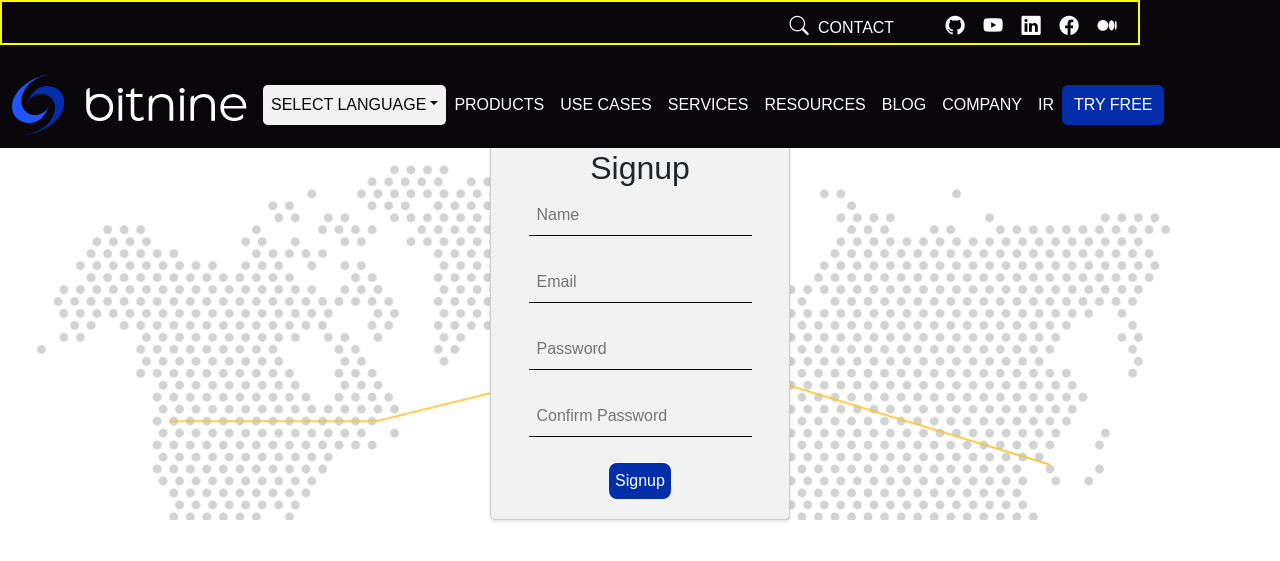
Repository: devblackie/signinpage
Page: /
These files come from the project's save history. The page is drawn as it stood at one moment and after the next save; the edit follows.
The browser window is 1280 px wide. The pictures show the whole page.
Some web fonts or font styles are not loaded; a fallback is used. The project was rebuilt for these pictures with package versions that can differ from the ones it lists, and the page was loaded fresh each time. Also part of the build but not shown: vite.config.js, src/components/Login.jsx, src/components/Dashboard.jsx, src/components/Home.jsx, src/components/ProtectedDashboard.jsx.

Above is the page before, as saved 2023-08-28 17:42:41.

After the next save:
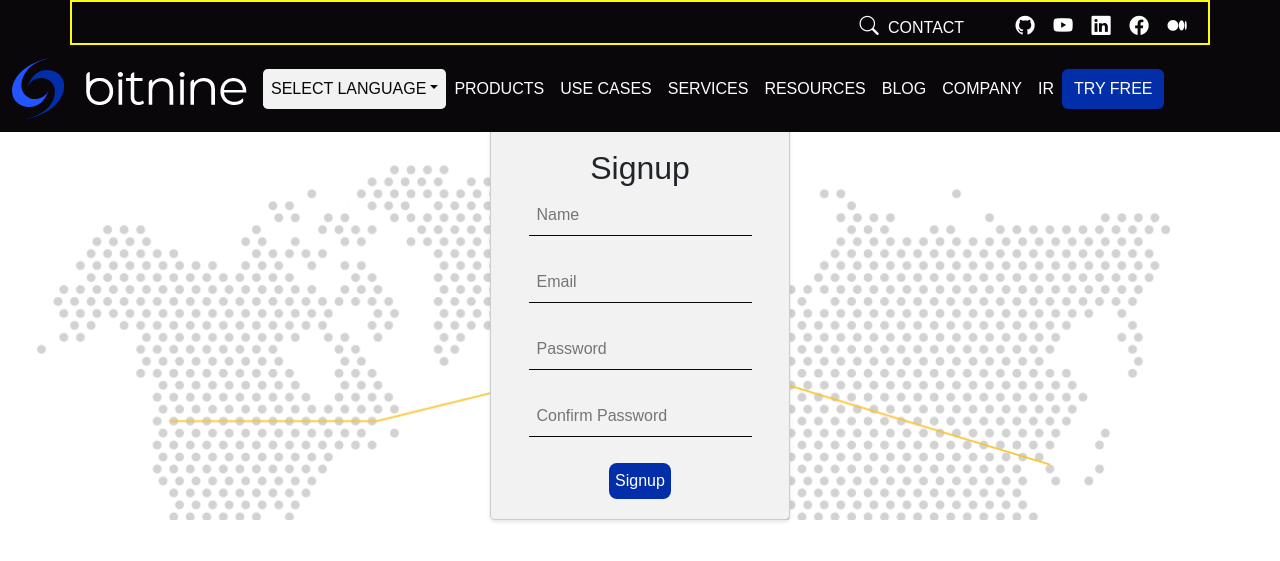
Saved 23 s later.
--- a/src/components/style/navbar.css
+++ b/src/components/style/navbar.css
@@ -19,7 +19,7 @@
 }
 .topbar .container {
   border: 2px solid yellow;
-  margin: 0 0 1rem 0;
+  /* margin: 0 0 1rem 0; */
 
 }
 

After the save that followed:
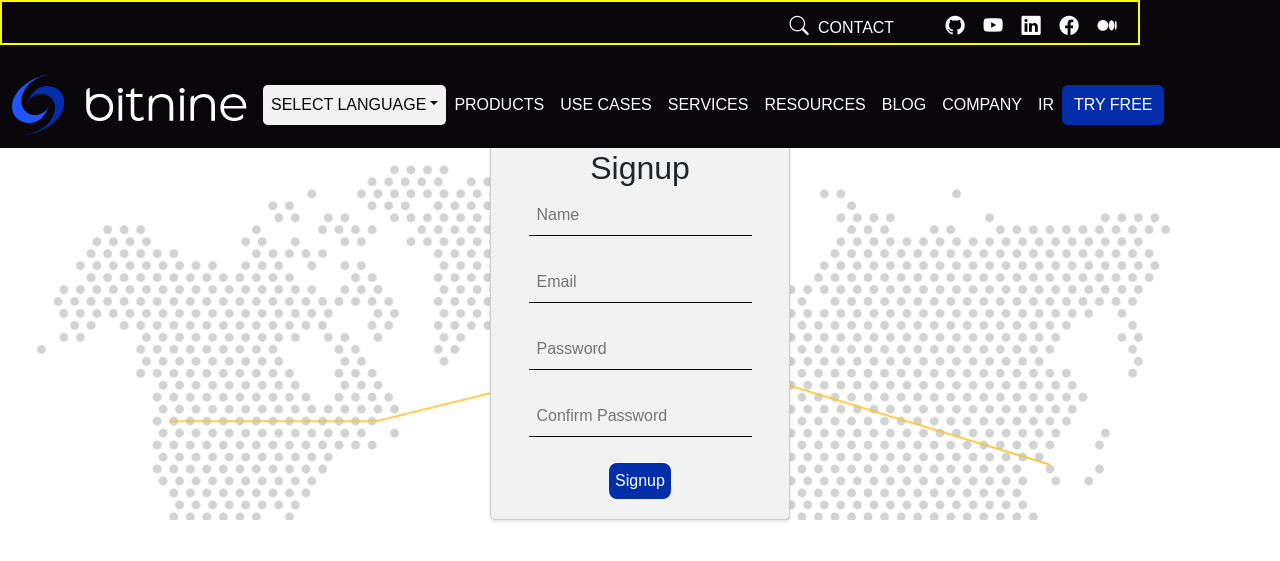
Saved 23 s later.
--- a/src/components/style/navbar.css
+++ b/src/components/style/navbar.css
@@ -19,7 +19,7 @@
 }
 .topbar .container {
   border: 2px solid yellow;
-  /* margin: 0 0 1rem 0; */
+  margin: 0 0 1rem 0;
 
 }
 
